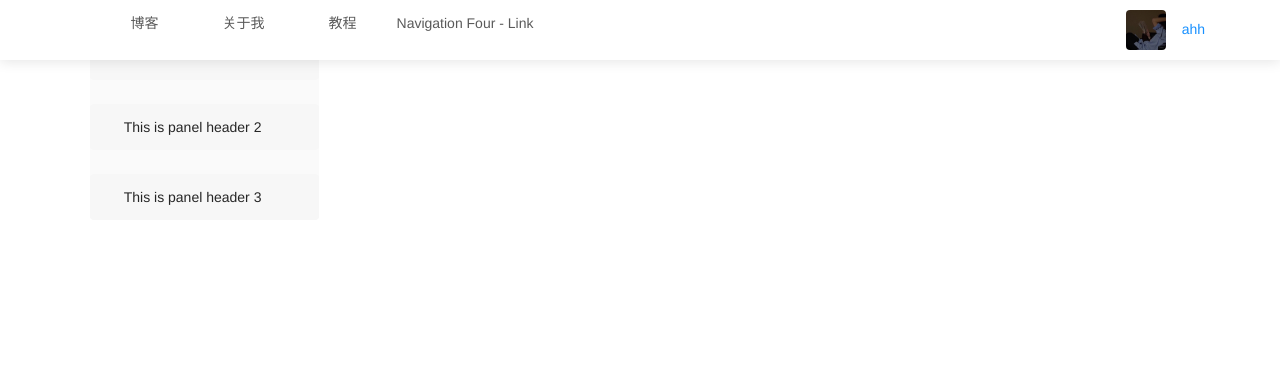
Repository: GitDjAr/blog
Page: /notes (app in myblog/)
These files come from the project's save history. The page is drawn as it stood at one moment and after the next save; the edit follows.
The browser window is 1280 px wide. The pictures show the whole page.
The project was rebuilt for these pictures with package versions that can differ from the ones it lists, and the page was loaded fresh each time. Also part of the build but not shown: myblog/webpack.config.js. Imported but missing from the stored project, and not drawn on this page: myblog/src/store/getters, myblog/src/views/about/about.

Above is the page before, as saved 2020-12-27 19:19:28.

After the next save:
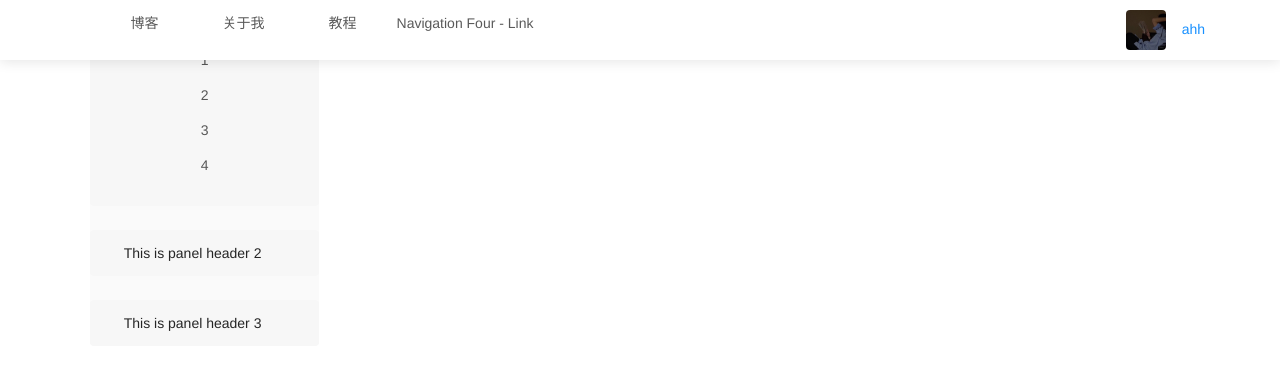
Saved 2 min 13 s later.
--- a/myblog/src/views/notes/notes.vue
+++ b/myblog/src/views/notes/notes.vue
@@ -10,7 +10,7 @@
               <a-icon type="caret-right" :rotate="props.isActive ? 90 : 0" />
             </template>
             <a-collapse-panel key="1" header="This is panel header 1" :style="customStyle">
-              <p v-for="(item, index) in 4"></p>
+              <p v-for="(item, index) in 4">{{item}}</p>
             </a-collapse-panel>
             <a-collapse-panel key="2" header="This is panel header 2" :style="customStyle">
               <p>{{ text }}</p>
